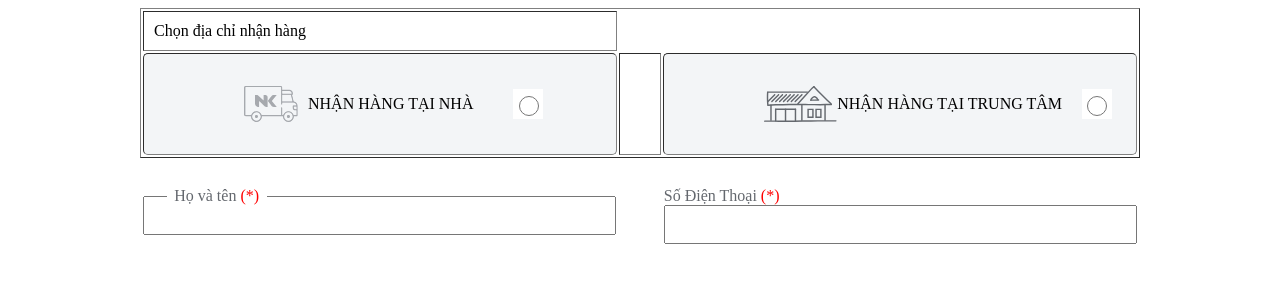
Repository: Tan-Khang21/TH_TKW--Buoi_04
Page: Bai_Tap_Tren_Lop/Bai_03/Bai_03.html
The author's editor kept a copy of each file at every save. The page is drawn from the files as they stood at one save, then again after the next save.
The browser window is 1280 px wide. The pictures show the whole page.

Above is the page before, as saved 2024-03-08 20:47:41.

After the next save:
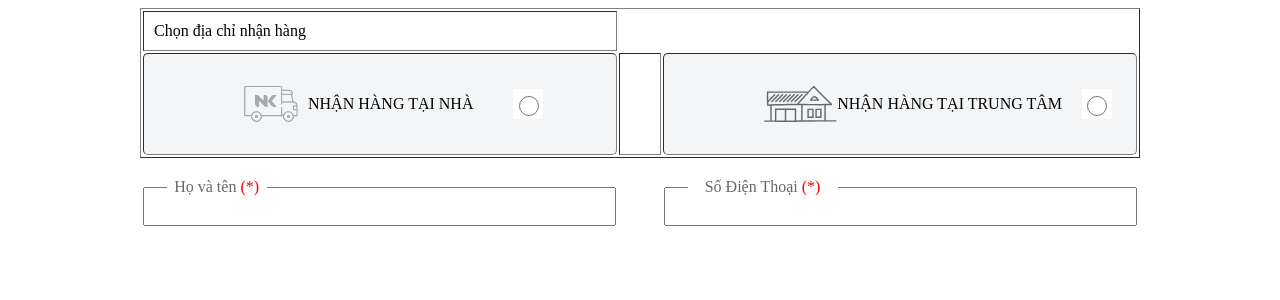
Saved 28 s later.
--- a/Bai_Tap_Tren_Lop/Bai_03/Bai_03.html
+++ b/Bai_Tap_Tren_Lop/Bai_03/Bai_03.html
@@ -400,7 +400,7 @@
           </td>
           <td style="width: 40px;"> </td>
           <td style="width: 475px;">
-            <div style="position: relative;"><span style=color:#64686E ;"text-align: center; width: 150px; background-color: white; position: absolute; left: 5%; transform: translateY(-50%);"> Số Điện Thoại
+            <div style="position: relative;"><span style="color:#64686E;text-align: center; width: 150px; background-color: white; position: absolute; left: 5%; transform: translateY(-50%);"> Số Điện Thoại
               <span style="color: red;" >(*)</span></span>
             <input style=" width: 100%; box-sizing: border-box; padding: 10px 0px;" type="text"></div>
           </td>
